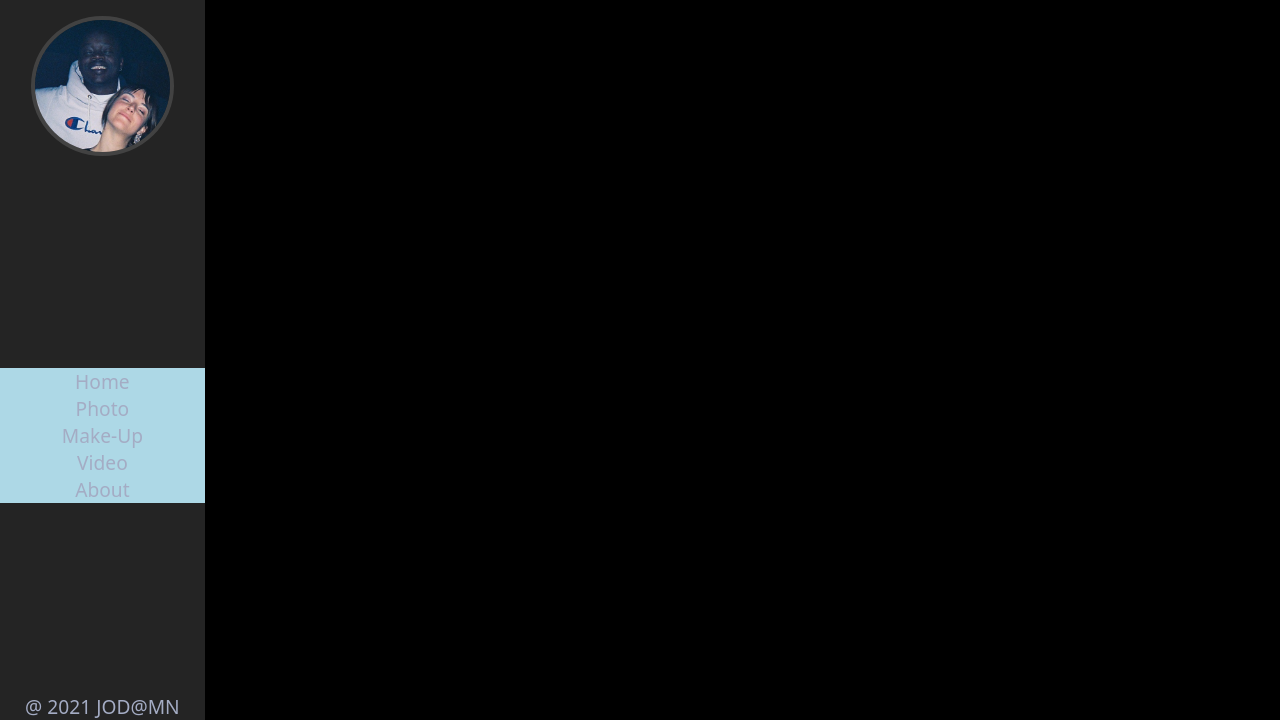
Repository: JordanKnuts/siriusRed
Page: /
These files come from the project's save history. The page is drawn as it stood at one moment and after the next save; the edit follows.
The browser window is 1280 px wide. The pictures show the whole page.
The project was rebuilt for these pictures with package versions that can differ from the ones it lists, and the page was loaded fresh each time.

Above is the page before, as saved 2021-04-27 14:54:55.

### public/index.html
<!DOCTYPE html>
<html lang="en">

<head>
  <meta charset="utf-8" />
  <link rel="icon" href="%PUBLIC_URL%/favicon.ico" />
  <meta name="viewport" content="width=device-width, initial-scale=1" />
  <meta name="theme-color" content="#000000" />
  <meta name="description" content="Web site created using create-react-app" />
  <link rel="apple-touch-icon" href="%PUBLIC_URL%/logo192.png" />
  <!--
      manifest.json provides metadata used when your web app is installed on a
      user's mobile device or desktop. See https://developers.google.com/web/fundamentals/web-app-manifest/
    -->
  <link rel="manifest" href="%PUBLIC_URL%/manifest.json" />

  <link rel="preconnect" href="https://fonts.gstatic.com">
  <link href="https://fonts.googleapis.com/css2?family=Noto+Sans:ital,wght@0,400;0,700;1,400;1,700&display=swap"
    rel="stylesheet">
  <!--
      Notice the use of %PUBLIC_URL% in the tags above.
      It will be replaced with the URL of the `public` folder during the build.
      Only files inside the `public` folder can be referenced from the HTML.

      Unlike "/favicon.ico" or "favicon.ico", "%PUBLIC_URL%/favicon.ico" will
      work correctly both with client-side routing and a non-root public URL.
      Learn how to configure a no n-root public URL by running `npm run build`.
    -->
  <title>React App</title>
</head>

<body>
  <noscript>You need to enable JavaScript to run this app.</noscript>
  <div id="root"></div>
  <!--
      This HTML file is a template.
      If you open it directly in the browser, you will see an empty page.

      You can add webfonts, meta tags, or analytics to this file.
      The build step will place the bundled scripts into the <body> tag.

      To begin the development, run `npm start` or `yarn start`.
      To create a production bundle, use `npm run build` or `yarn build`.
    -->
</body>

</html>

### src/App.js
import './App.scss';
import './Components/NavBar'
import NavBar from './Components/NavBar';

function App() {
  return (
    <div className="App">
     <div className="sidebar">
        <NavBar/>
     </div>
     <div className="main-content">

     </div>
    </div>
  );
}

export default App;

### src/App.scss
@import './Styles/layout';
@import './Styles/navBar';

*{
    padding: 0;
    margin:0;
    box-sizing: border-box;
}

body{
    color: #a4acc4;
    font-family: 'Noto Sans', sans-serif;
    font-size: 1.2rem;
}

### src/Components/NavBar.js
import React from "react";
import avatar from "../img/avatar.jpg";
import { NavLink } from "react-router-dom";

function NavBar(props) {
  return (
    <div className="NavBar">
      <nav className="nav">
        <div className="profile">
          <img src={avatar} alt="" />
        </div>
        <ul className="nav-items">
          <li className="nav-item">
            <NavLink to="/" exact activeClassName="active">
              Home
            </NavLink>
          </li>
          <li className="nav-item">
            <NavLink to="/" exact activeClassName="active">
              Photo
            </NavLink>
          </li>
          <li className="nav-item">
            <NavLink to="/" exact activeClassName="active">
              Make-Up
            </NavLink>
          </li>
          <li className="nav-item">
            <NavLink to="/" exact activeClassName="active">
              Video
            </NavLink>
          </li>
          <li className="nav-item">
            <NavLink to="/" exact activeClassName="active">
              About
            </NavLink>
          </li>
        </ul>
        <footer>@ 2021 JOD@MN</footer>
      </nav>
    </div>
  );
}

export default NavBar;

### src/Styles/_layout.scss
.App{
    .sidebar{
        width: 16%;
        height: 100vh;
        background-color: rgb(36, 36, 36);
        position:fixed;
    }
    .main-content{
        width: 84%;
        margin-left: 16%;
        background-color: black;
        min-height: 100vh;
    }
}

### src/Styles/_navBar.scss
.NavBar{
    height: 100vh;
    .nav{
        height: 100%;
        display: flex;
        flex-direction: column;
        justify-content: space-between;
        align-items: center;

        .profile{
            width: 100%;
            text-align: center;
            margin-top:1rem;
            border-bottom: 1px ;
            img{
                width: 70%;
                border-radius: 100%;
                border : 4px solid rgb(66, 66, 66);
                margin-bottom: 1rem;
            }
        }

        .nav-items{
            width: 100%;
            .nav-item{
                list-style: none;
                text-align: center;
                a{
                    text-decoration: none;
                    font-size: inherit;
                    color: inherit;
                    display: block;
                    padding-top: .5rem 0 ;

                }
            }
        }

        .footer{
            width: 100%;
            p{text-align: center;
                padding : 1rem;
            }
        }
    }
}
.active{
    background-color: lightblue;
}

Loaded but not shown: src/index.js (common file); src/index.css (common file); src/reportWebVitals.js (common file)

After the next save:
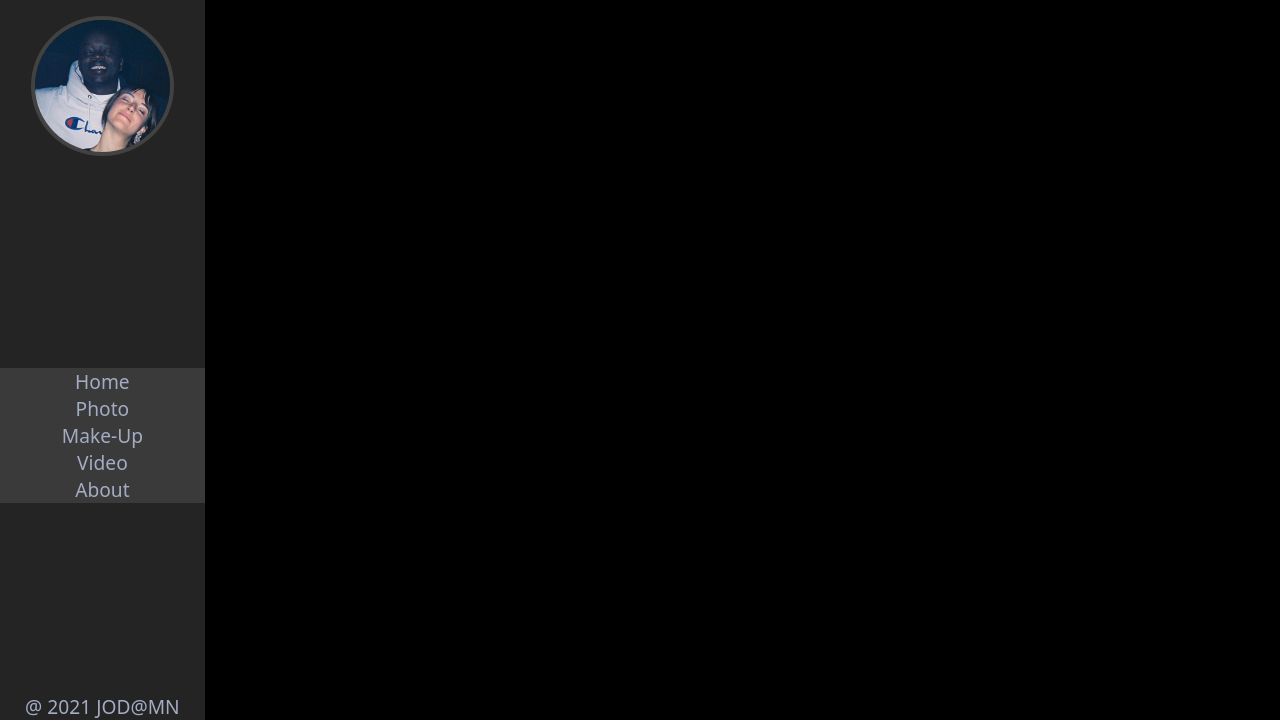
Saved 44 s later.
--- a/src/Styles/_navBar.scss
+++ b/src/Styles/_navBar.scss
@@ -45,5 +45,5 @@
     }
 }
 .active{
-    background-color: lightblue;
+    background-color: rgb(58, 58, 58);
 }
